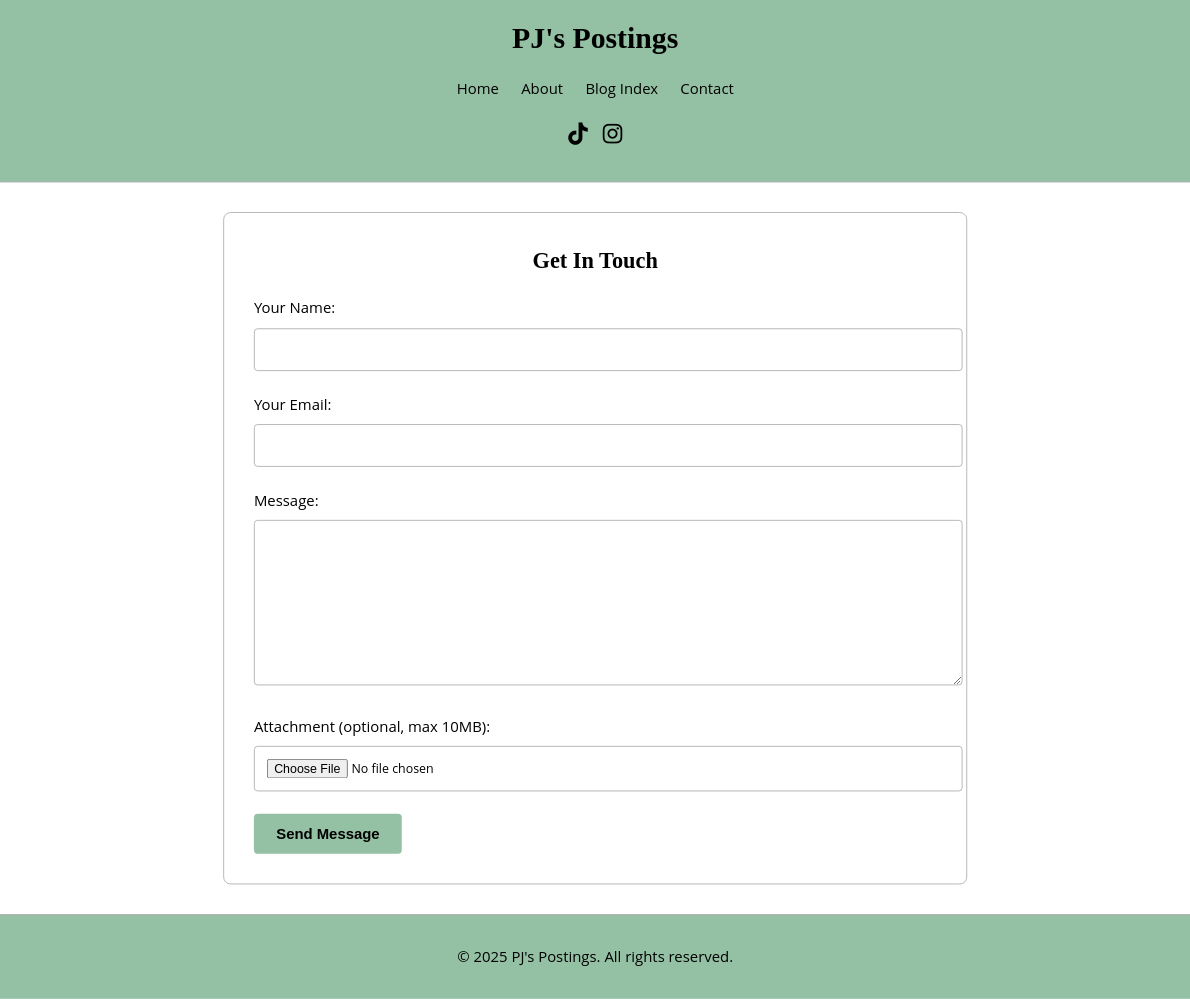
Repository: pjpatrick071/pjpatrick071.github.io
Page: contact.html
An editor plug-in stored every save of this project. The page is shown before and after the next save, followed by the edit.
The browser window is 1280 px wide. The pictures show the whole page, at 93% of full size.
Some web fonts or font styles are not loaded; a fallback is used.

Above is the page before, as saved 2025-04-03 00:18:10.

After the next save:
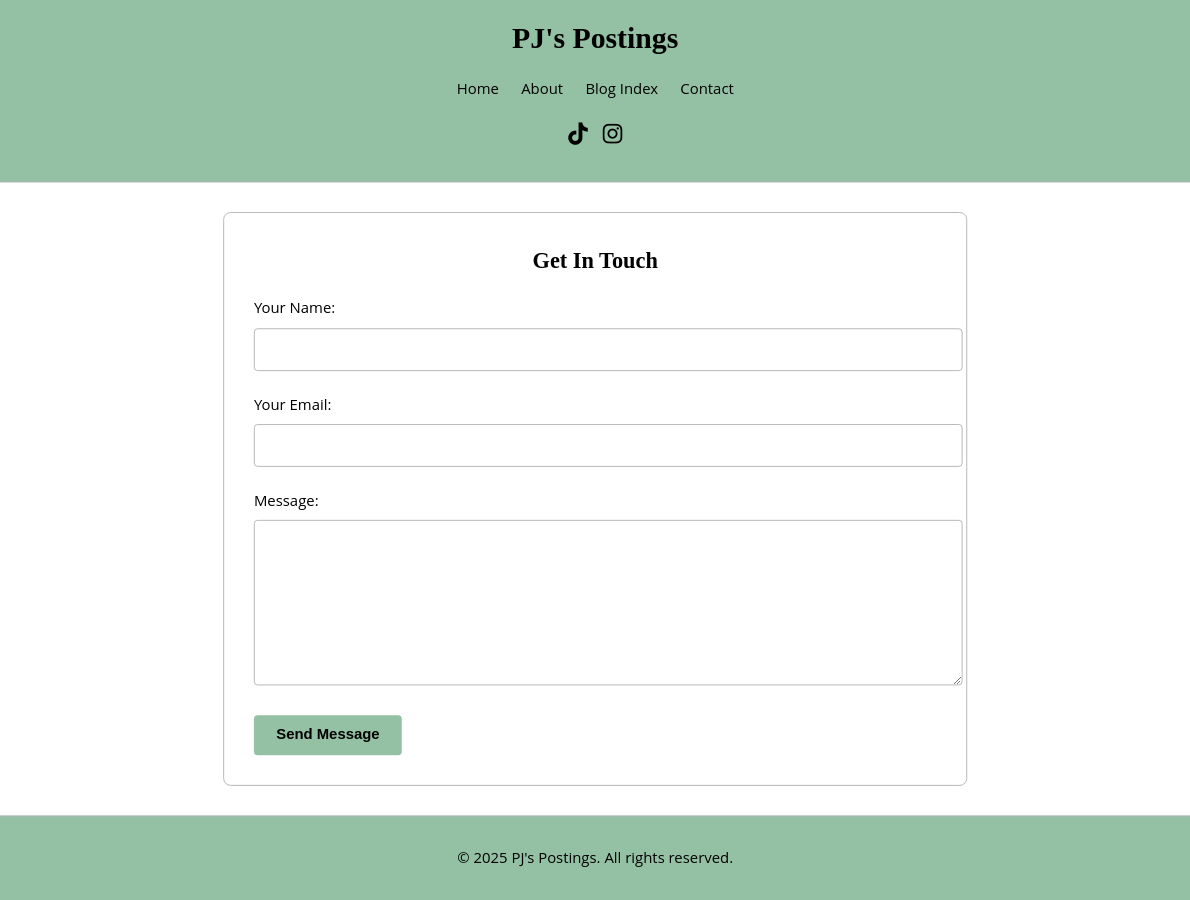
Saved 19 s later.
--- a/contact.html
+++ b/contact.html
@@ -199,11 +199,6 @@
                     <textarea id="message" name="message" required></textarea>
                 </div>
 
-                <div class="form-group">
-                    <label for="upload">Attachment (optional, max 10MB):</label>
-                    <input type="file" id="upload" name="file">
-                    <small class="file-feedback" id="fileFeedback"></small>
-                </div>
 
                 <button type="submit" class="submit-btn">Send Message</button>
             </form>

After the 3 saves that followed:
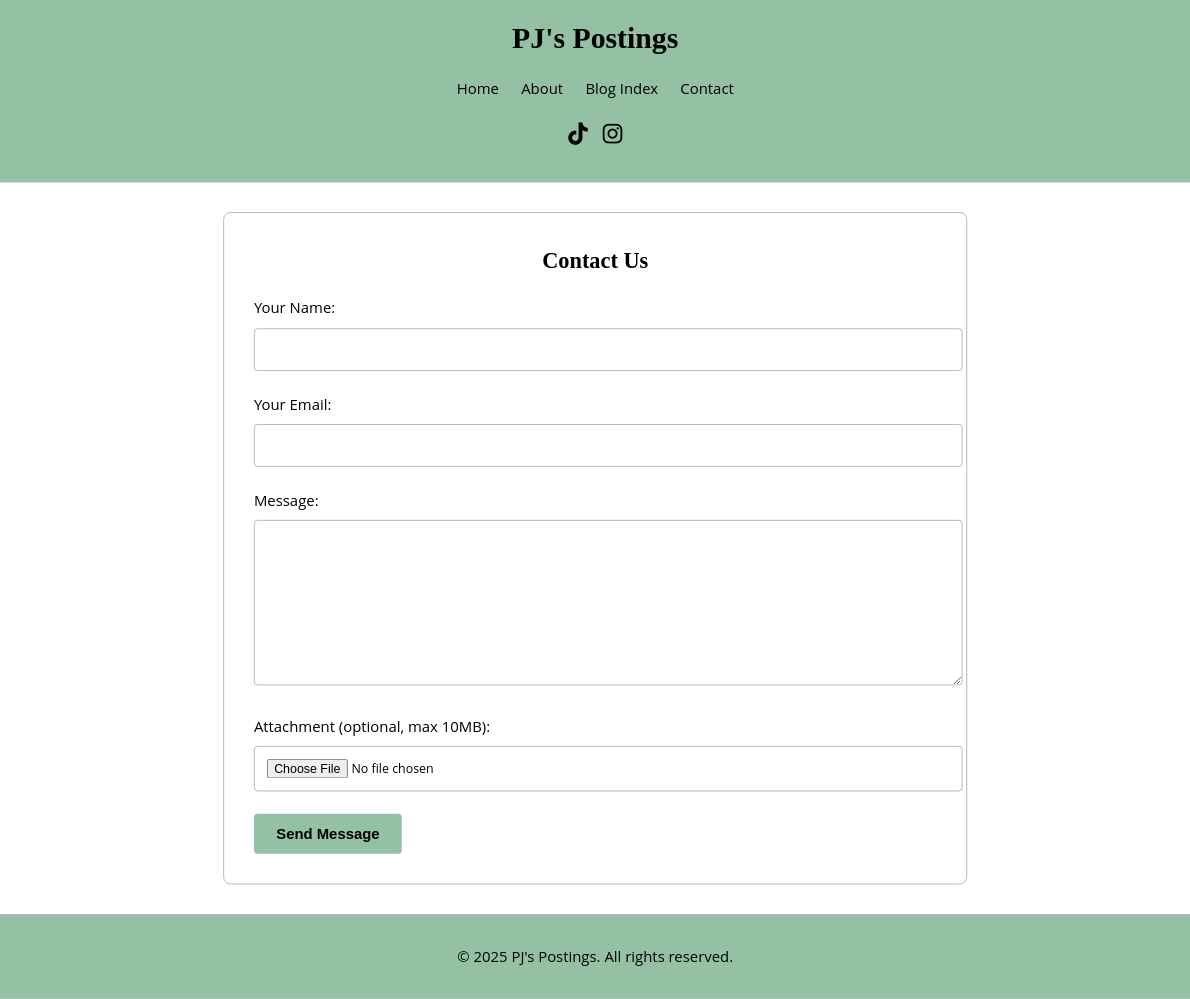
The 3 saves are shown as one change because 2 left the picture as it was.
The last was saved 3 min 55 s later.
--- a/contact.html
+++ b/contact.html
@@ -154,6 +154,23 @@
 
         .social-links a:hover {
             transform: scale(1.2);
+        }
+        .form-message {
+            display: none;
+            padding: 15px;
+            margin: 20px 0;
+            border-radius: 4px;
+            text-align: center;
+        }
+        .form-success {
+            background-color: #d4edda;
+            color: #155724;
+            border: 1px solid #c3e6cb;
+        }
+        .form-error {
+            background-color: #f8d7da;
+            color: #721c24;
+            border: 1px solid #f5c6cb;
         }
     </style>
 </head>
@@ -178,11 +195,16 @@
     </header>
 
     <!-- Main Content -->
-        <div class="container">
+    <div class="container">
         <section class="contact-form">
-            <h2 class="form-title">Get In Touch</h2>
-            <form id="contactForm" action="https://formspree.io/f/xdkewgrl" method="POST" enctype="multipart/form-data">
-                <input type="hidden" name="_subject" value="New submission from PJ's Postings">
+            <h2 class="form-title">Contact Us</h2>
+
+            <!-- Form status message -->
+            <div id="formMessage" class="form-message"></div>
+
+            <form id="contactForm">
+                <input type="hidden" name="_subject" value="New message from PJ's Postings">
+                <input type="hidden" name="_next" value="https://yourwebsite.com/thank-you.html"> <!-- Optional thank you page -->
 
                 <div class="form-group">
                     <label for="name">Your Name:</label>
@@ -199,6 +221,10 @@
                     <textarea id="message" name="message" required></textarea>
                 </div>
 
+                <div class="form-group">
+                    <label for="upload">Attachment (optional, max 10MB):</label>
+                    <input type="file" id="upload" name="file">
+                </div>
 
                 <button type="submit" class="submit-btn">Send Message</button>
             </form>
@@ -212,14 +238,59 @@
     <!-- JavaScript for dynamic elements -->
     <script>
         document.addEventListener('DOMContentLoaded', function() {
-            // Form submission feedback
-            const form = document.querySelector('form');
-            if (form) {
-                form.addEventListener('submit', function(e) {
-                    // You can add form validation or submission feedback here
-                    console.log('Form submitted');
+            const form = document.getElementById('contactForm');
+            const formMessage = document.getElementById('formMessage');
+
+            form.addEventListener('submit', function(e) {
+                e.preventDefault();
+
+                // Change button to loading state
+                const submitBtn = form.querySelector('button[type="submit"]');
+                submitBtn.disabled = true;
+                submitBtn.textContent = 'Sending...';
+
+                // Submit form data using Fetch API
+                fetch('https://formspree.io/f/xdkewgrl', {
+                    method: 'POST',
+                    body: new FormData(form),
+                    headers: {
+                        'Accept': 'application/json'
+                    }
+                })
+                .then(response => {
+                    if (response.ok) {
+                        // Show success message
+                        formMessage.textContent = 'Message sent successfully!';
+                        formMessage.className = 'form-message form-success';
+                        formMessage.style.display = 'block';
+
+                        // Reset form
+                        form.reset();
+                    } else {
+                        throw new Error('Form submission failed');
+                    }
+                })
+                .catch(error => {
+                    // Show error message
+                    formMessage.textContent = 'There was a problem sending your message. Please try again later.';
+                    formMessage.className = 'form-message form-error';
+                    formMessage.style.display = 'block';
+                    console.error('Error:', error);
+                })
+                .finally(() => {
+                    // Reset button state
+                    submitBtn.disabled = false;
+                    submitBtn.textContent = 'Send Message';
+
+                    // Scroll to show message
+                    formMessage.scrollIntoView({ behavior: 'smooth' });
+
+                    // Hide message after 5 seconds
+                    setTimeout(() => {
+                        formMessage.style.display = 'none';
+                    }, 5000);
                 });
-            }
+            });
         });
     </script>
 </body>
